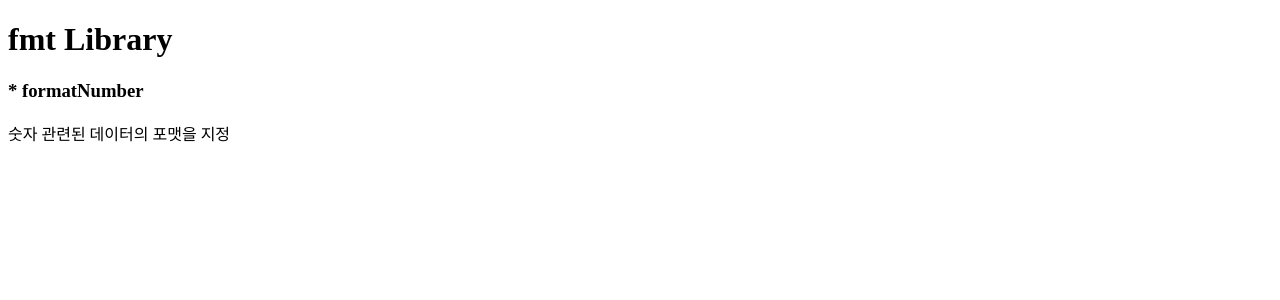
Repository: smjae96/Backup
Page: http://localhost/elActionProject/views/3_CustomAction/02_fmt.jsp
An editor plug-in stored every save of this project. The page is shown before and after the next save, followed by the edit.
The browser window is 1280 px wide. The pictures show the whole page.
The page is served by Tomcat 9. Other server files are loaded and not shown.

Above is the page before, as saved 2024-04-01 06:46:58.

### 5_JSP/elActionProject/src/main/webapp/views/3_CustomAction/02_fmt.jsp
<%@ page language="java" contentType="text/html; charset=UTF-8"
    pageEncoding="UTF-8"%>
<%@ taglib prefix="fmt" uri="http://java.sun.com/jsp/jstl/fmt" %>
<%@ taglib prefix="c" uri="http://java.sun.com/jsp/jstl/core" %>
<!DOCTYPE html>
<html>
<head>
<meta charset="UTF-8">
<title>fmt Library</title>
</head>
<body>
	<h1>fmt Library</h1>

	<h3>* formatNumber</h3>
	<p>
		숫자 관련된 데이터의 포맷을 지정
	</p>
</body>
</html>

After the next save:
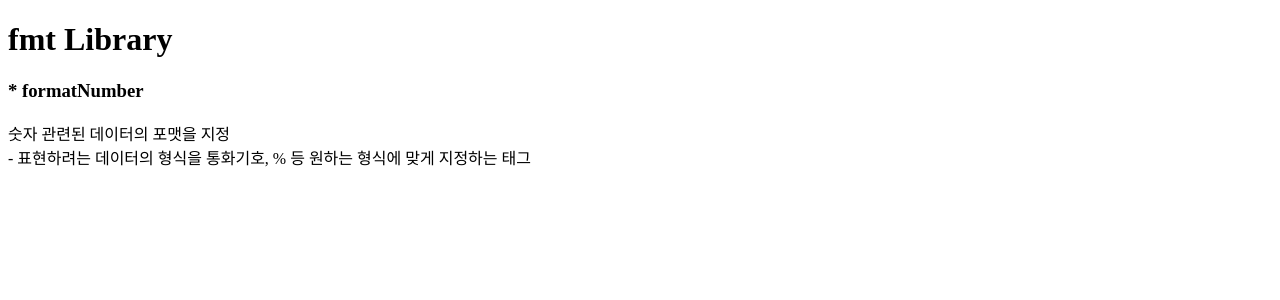
Saved 28 s later.
--- a/5_JSP/elActionProject/src/main/webapp/views/3_CustomAction/02_fmt.jsp
+++ b/5_JSP/elActionProject/src/main/webapp/views/3_CustomAction/02_fmt.jsp
@@ -13,7 +13,8 @@
 
 	<h3>* formatNumber</h3>
 	<p>
-		숫자 관련된 데이터의 포맷을 지정
+		숫자 관련된 데이터의 포맷을 지정<br>
+		- 표현하려는 데이터의 형식을 통화기호, % 등 원하는 형식에 맞게 지정하는 태그<br>
 	</p>
 </body>
 </html>
